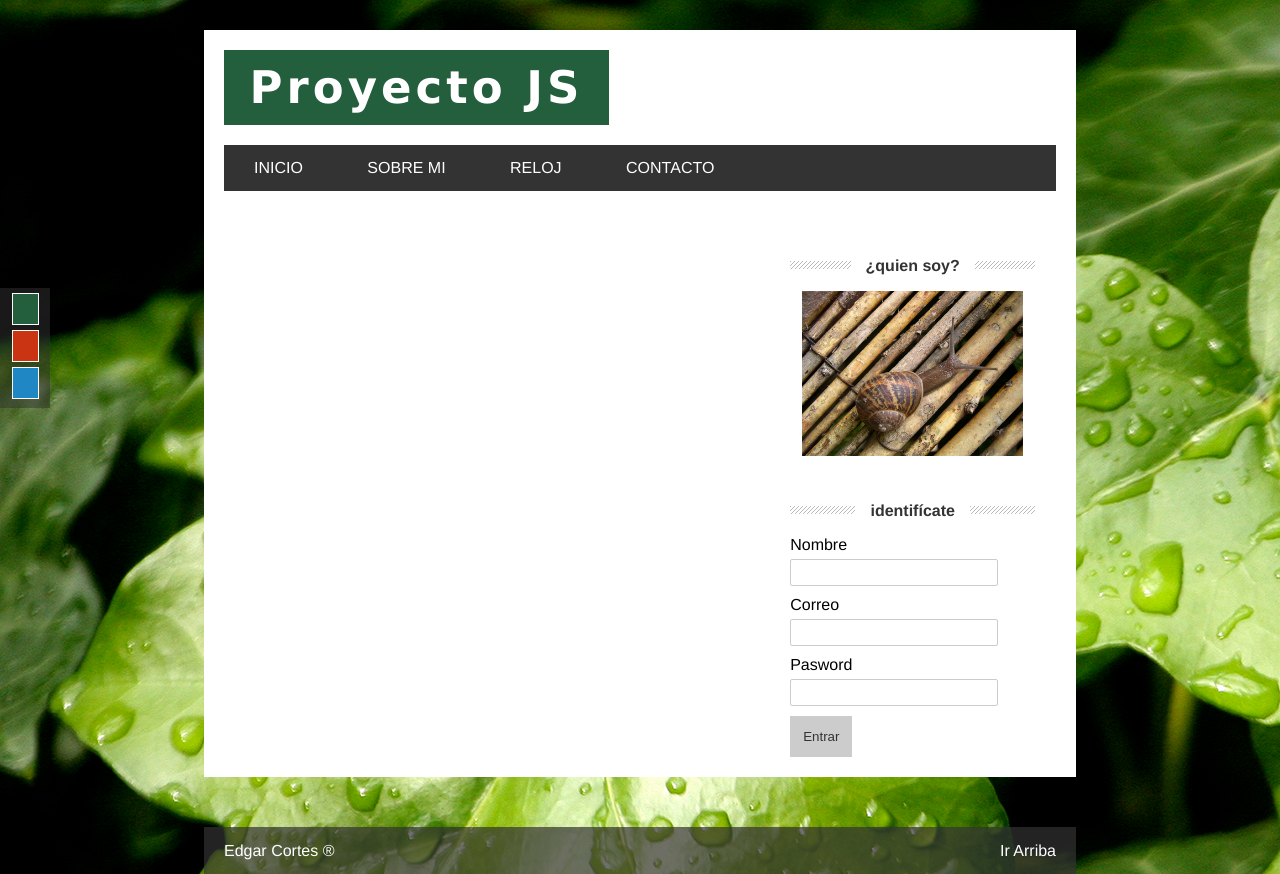
Repository: eucortes/demopage
Page: javascript/Proyecto/About.html
An editor plug-in stored every save of this project. The page is shown before and after the next save, followed by the edit.
The browser window is 1280 px wide. The pictures show the whole page.
Backgrounds fixed to the window are drawn as part of the page. Some web libraries are served in a nearby version.

Above is the page before, as saved 2019-09-24 17:59:51.

### javascript/Proyecto/About.html
<!DOCTYPE html>
<html lang="es">

<head>
    <meta charset="UTF-8">
    <meta name="viewport" content="width=device-width, initial-scale=1.0">
    <meta http-equiv="X-UA-Compatible" content="ie=edge">
    <!--
    <meta charset="ISO-8859-1">
         <meta http-equiv="Content-Type" content="text/html;charset=UTF-8" />
        <meta http-equiv="Content-Language" content="es" />
  -->
    <title>Proyecto con Javascript</title>
    <!--Estilos CSS-->
    <link rel="stylesheet" href="css/styles.css">
    <link id="theme" rel="stylesheet" href="css/green.css">
    <!--JQuery-->
    <script src="https://ajax.googleapis.com/ajax/libs/jquery/3.1.1/jquery.min.js"></script>

    <!--JQuery UI-->
    <link rel="stylesheet" href="js/jquery-ui/jquery-ui.min.css" />
    <link rel="stylesheet" href="js/jquery-ui/jquery-ui.structure.min.css" />
    <link rel="stylesheet" href="js/jquery-ui/jquery-ui.theme.min.css" />

    <script type="text/javascript" src="js/jquery-ui/jquery-ui.min.js"></script>




    <!--Mis Scripts-->
    <script type="text/javascript" src="js/about.js"></script>
</head>

<body>
    <div id='theme-selector'>
        <div id='to-green'></div>
        <div id='to-red'></div>
        <div id='to-blue'></div>
    </div>
    <section id='global'>
        <header>
            <div id='logo'>
                <h1>Proyecto JS</h1>
            </div>
            <div class='clearfix'></div>
            <nav id='menu'>
                <ul>
                    <li><a href="index.html">Inicio</a></li>
                    <li><a href="about.html">Sobre Mi</a></li>
                    <li><a href="#">Reloj</a></li>
                    <li><a href="#">Contacto</a></li>
                </ul>
            </nav>
        </header>
        <!--
    slider
-->

        <section id='content'>
            <div id='box'>
                <!--Cargar acordeon-->
                <div id='acordeon'>
                    <h3></h3>
                    <h3></h3>
                    <h3></h3>

                </div>
            </div>
            <aside id='sidebar'>
                <div id='about'>
                    <h4><span>¿quien soy?</span></h4>
                    <img src="img/caracol.jpg" />
                    <p>Aliquam sem et tortor consequat id porta nibh venenatis. Neque volutpat ac tincidunt vitae
                        semper
                    </p>
                </div>
                <div id='login'>
                    <h4><span>identifícate</span></h4>
                    <form action="">
                        <label for='name'>Nombre</label>
                        <input type="text" name="name" id='form_name'>
                        <label for='email'>Correo</label>
                        <input type="text" name="email" id='form_email'>
                        <label for='password'>Pasword</label>
                        <input type="password" name="password" id='form_password'>
                        <input type="submit" value="Entrar" id='boton_entrar'>
                    </form>
                </div>
            </aside>
            <div class='clearfix'></div>
        </section>
    </section>
    <footer>
        Edgar Cortes ®
        <a href="#" class="subir">Ir Arriba</a>
    </footer>
</body>

</html>

### javascript/Proyecto/css/styles.css
* {
    margin: 0px;
    padding: 0px;
    list-style: none;
}

body {
    background: url('../img/hojas.jpg');
    background-attachment: fixed;
}

#global {
    width: 65%;
    margin: 0px auto;
    margin-top: 30px;
    padding: 20px;
    background: white;
    box-shadow: 0px, 0px, 2px, gray
}

#logo {
    font-family: "Verdana", "Arial";
    font-size: 30px;
    letter-spacing: 4px;
    line-height: 75px;
    background: #235e3d;
    color: white;
    text-align: center;
    width: 385px;
    height: 90;
    float: left;
    margin-bottom: 20px;
}

.clearfix {
    float: none;
    clear: both;
}

#menu {
    font-family: Helvetica, Arial, sans-serif;
    background: #333;
    text-transform: uppercase;
    margin-bottom: 20px;
}

#menu ul {
    line-height: 46px;
    list-style: none;
}

#menu ul li {
    height: 46px;
    display: inline-block;
    transition: all 300ms;
}

#menu ul li:hover {
    background: #235e3d;

}

#menu a {
    display: block;
    color: white;
    text-decoration: none;
    padding-left: 30px;
    padding-right: 30px;
}

#content {
    width: 95%;
    margin: 0px auto;
}

#posts {
    width: 60%;
    float: left;
    font-family: Helvetica, Arial, sans-serif
}

.post {
    padding: 7px;
}

.post h2 {
    font-size: 30;
    color: #333;

}

.post .fecha {
    display: block;
    color: gray;
    margin-top: 5px;
}

.post p {
    margin-top: 10px;
    margin-bottom: 20px;
    line-height: 22px;
    text-align: justify;
}

.button-more {
    font-size: 14px;
    text-align: center;
    display: block;
    padding: 15px;
    background: #235e3d;
    color: white;
    text-decoration: none;
    margin-top: 10px;
    width: 75px;
    margin-bottom: 20px;

}

#sidebar {
    font-family: Helvetica, Arial, sans-serif;
    width: 31%;
    float: right;

}

#sidebar h4 {
    margin-top: 50px;
    margin-bottom: 20px;
    text-align: center;
    line-height: 10px;
    color: #333;
    background: url("../img/lines.png") repeat-x;
}

#sidebar h4 span {
    background: white;
    padding: 15px;
}

#sidebar img {
    width: 90%;
    display: block;
    margin-left: auto;
    margin-right: auto;
}

#sidebar p {
    font-size: 15px;
    text-align: justify;
}
form input[type='text'],
form input[type='password'],
form input[type='email']{
    padding: 5px;
    border-radius: 2px;
    border: 1px solid #ccc;
    width: 80%;
    margin-bottom: 10px;
    margin-top: 5px;
}
form input[type='submit']{
    background: #ccc;
    padding: 10px;
    border: solid #ccc;
    color: #333;
    cursor: pointer;
}
footer{
    font-family: Helvetica, Arial, sans-serif;
    color: white;
    height: 47px;
    background: rgba(51,51,51,0.70);
    margin: 0px auto;
    width: 65%;
    padding-left: 20px;
    padding-right: 20px;
    margin-top: 50px;
    line-height: 47px;
}
.bx-wrapper, .bx-viewport{
    height: 250px !important;

}
#theme-selector{
    position: fixed;
    top:40%;
    background: rgba(51,51,51,0.5);
    width:50px;
    height: 120px;
}
#to-green,
#to-red,
#to-blue{
    width: 25px;
    height: 30px;
    border: 1px solid white;
    display: block;
   margin: 0px auto;
   margin-top: 5px;
   margin-bottom: 5px;
   cursor: pointer;
}
#to-green{
    background: #235e3d;
}
#to-red{
    background: #ca3413;
}#to-blue{
    background: #1f87c4;
}
.subir{
    color: white;
    text-decoration: none;
    display: block;
    float: right;

}

### javascript/Proyecto/css/green.css
body {
    background: url('../img/hojas.jpg');
    background-attachment: fixed;
}

#logo {
    background: #235e3d;
}
#menu ul li:hover {
    background: #235e3d;
}

.button-more {
    background: #235e3d;
}

### javascript/Proyecto/js/about.js
$(document).ready(function () {

    //selector de tema
    let theme = $("#theme")

    $("#to-green").click(function () {
        theme.attr("href", "css/green.css")
    })
    $("#to-blue").click(function () {
        theme.attr("href", "css/blue.css")
    })
    $("#to-red").click(function () {
        theme.attr("href", "css/red.css")
    })

    //scroll arriba
    $(".subir").click(function (e) {
        e.preventDefault();
        $("html, body").animate({
            scrollTop: 0
        }, 500);
        return false;
    });

    //login false
    $("#login form").submit(function (e) {
        ///  $("boton_entrar").click(function(e){
        //     e.preventDefault()
        let form_name = $("#form_name").val();
        localStorage.setItem("form_name", form_name)
        //    console.log(form_name)

    })


    function actualizalogin() {
        let form_name = localStorage.getItem("form_name")
        if (form_name != null && form_name != undefined) {
            let about_parrafo = $("#about p")
            about_parrafo.html("<br><strong>Bienvenido " + form_name + "</strong><br>");
            about_parrafo.append("<a href='#' id='logout'>Cerrar Sesión</a>")
            $("#login").hide()
        } else {
            let about_parrafo = $("#about p")
            about_parrafo.html("");
            $("#login").show()

        }
    }
    actualizalogin()

    $("#logout").click(function (e) {
        e.preventDefault();
        localStorage.removeItem("form_name")
        //  location.reload
        actualizalogin()
        return false;
    })
})

Loaded but not shown: javascript/Proyecto/js/jquery-ui/jquery-ui.min.css (library); javascript/Proyecto/js/jquery-ui/jquery-ui.structure.min.css (library); javascript/Proyecto/js/jquery-ui/jquery-ui.theme.min.css (library); javascript/Proyecto/js/jquery-ui/jquery-ui.min.js (library)

After the next save:
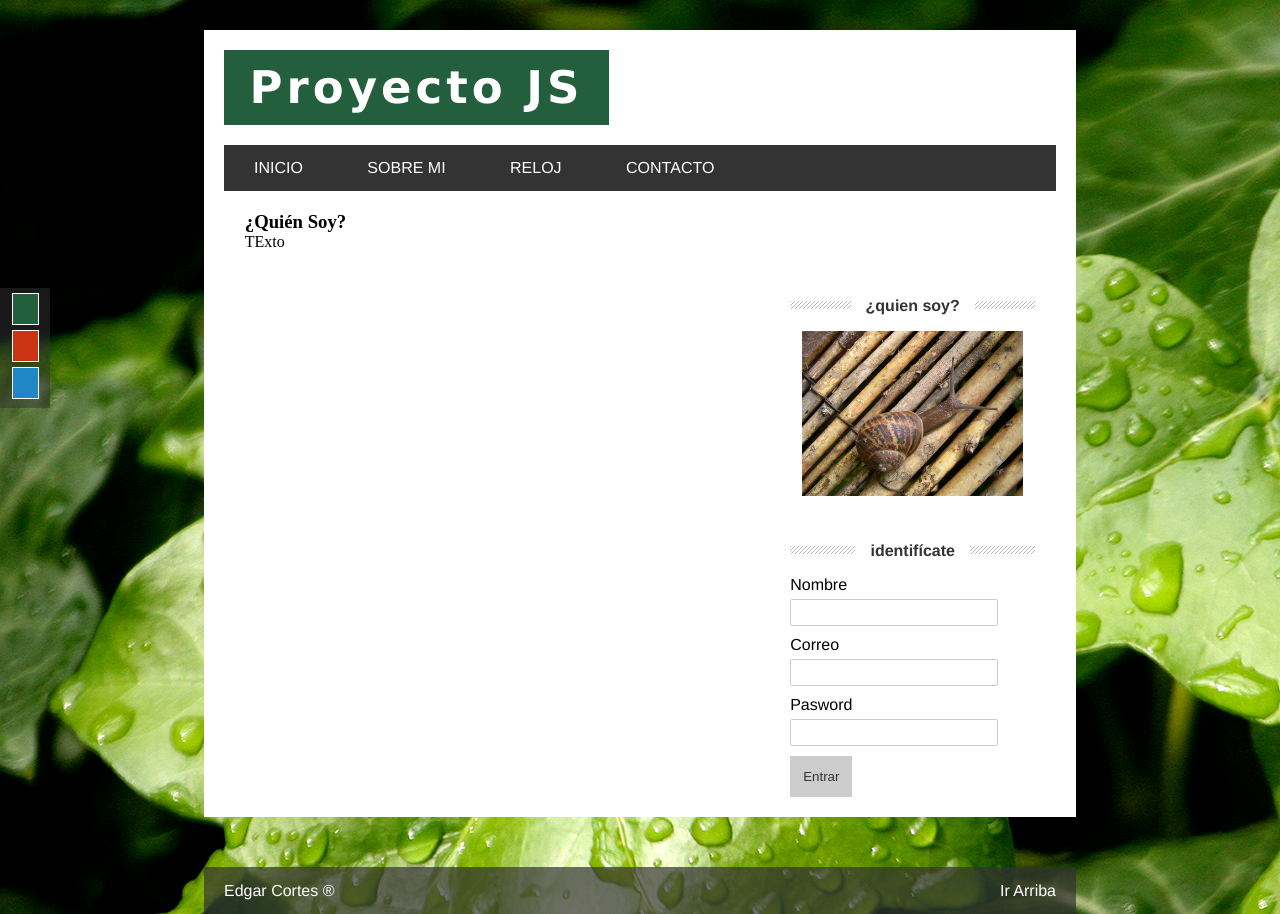
Saved 57 s later.
--- a/javascript/Proyecto/About.html
+++ b/javascript/Proyecto/About.html
@@ -60,7 +60,12 @@
             <div id='box'>
                 <!--Cargar acordeon-->
                 <div id='acordeon'>
-                    <h3></h3>
+                    <h3>¿Quién Soy?</h3>
+                    <div>
+                        <p>
+                            TExto
+                        </p>
+                    </div>
                     <h3></h3>
                     <h3></h3>
 
